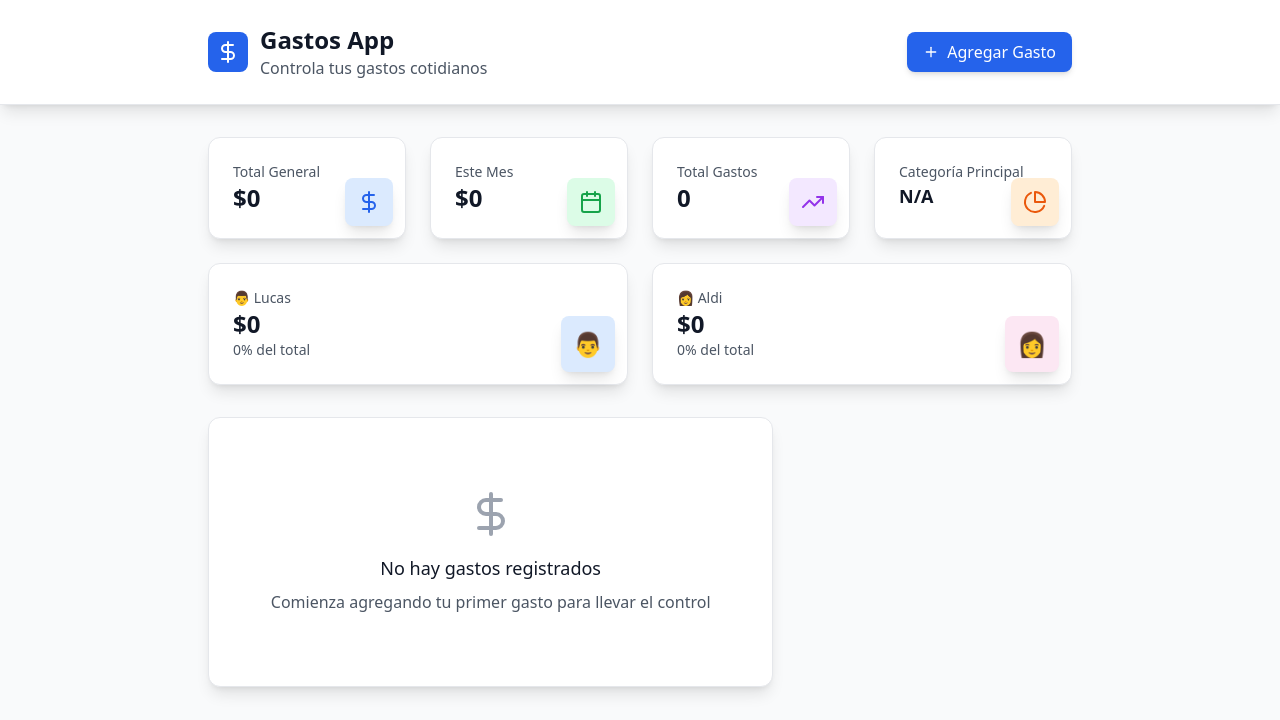
Repository: lucastenaglia/Gastosapp
Page: /
These files come from the project's save history. The page is drawn as it stood at one moment and after the next save; the edit follows.
The browser window is 1280 px wide. The pictures show the whole page.
The page's requests for data from a server got no answer. The project was rebuilt for these pictures with package versions that can differ from the ones it lists, and the page was loaded fresh each time. No one was signed in, and anything a server would have sent is missing. Also part of the build but not shown: vite.config.js, src/components/ExpenseForm.jsx.

Above is the page before, as saved 2025-08-03 21:32:28.

### index.html
<!DOCTYPE html>
<html lang="es">
  <head>
    <meta charset="UTF-8" />
    <link rel="icon" type="image/svg+xml" href="data:[embedded picture, 125 characters]" />
    <meta name="viewport" content="width=device-width, initial-scale=1.0" />
    <title>Gastos App - Control de Gastos Cotidianos</title>
  </head>
  <body>
    <div id="root"></div>
    <script type="module" src="/src/main.jsx"></script>
  </body>
</html>

### src/App.jsx
import { useState, useEffect } from 'react'
import Header from './components/Header'
import ExpenseForm from './components/ExpenseForm'
import ExpenseList from './components/ExpenseList'
import ExpenseSummary from './components/ExpenseSummary'
import { getExpenses, addExpense, updateExpense, deleteExpense } from './services/expenseService'

function App() {
  const [expenses, setExpenses] = useState([])
  const [isFormOpen, setIsFormOpen] = useState(false)
  const [loading, setLoading] = useState(true)
  const [error, setError] = useState(null)

  // Cargar gastos al iniciar la aplicación
  useEffect(() => {
    loadExpenses()
  }, [])

  // Cerrar modal con Escape
  useEffect(() => {
    const handleEscape = (e) => {
      if (e.key === 'Escape' && isFormOpen) {
        setIsFormOpen(false)
      }
    }

    document.addEventListener('keydown', handleEscape)
    return () => document.removeEventListener('keydown', handleEscape)
  }, [isFormOpen])

  const loadExpenses = async () => {
    try {
      setLoading(true)
      const data = await getExpenses()
      setExpenses(data)
      setError(null)
    } catch (err) {
      setError('Error al cargar los gastos')
      console.error(err)
    } finally {
      setLoading(false)
    }
  }

  const handleAddExpense = async (expense) => {
    try {
      const newExpense = await addExpense(expense)
      setExpenses([newExpense, ...expenses])
      setIsFormOpen(false)
    } catch (err) {
      setError('Error al agregar el gasto')
      console.error(err)
    }
  }

  const handleDeleteExpense = async (id) => {
    try {
      await deleteExpense(id)
      setExpenses(expenses.filter(expense => expense.id !== id))
    } catch (err) {
      setError('Error al eliminar el gasto')
      console.error(err)
    }
  }

  const handleEditExpense = async (id, updatedExpense) => {
    try {
      const updated = await updateExpense(id, updatedExpense)
      setExpenses(expenses.map(expense =>
        expense.id === id ? updated : expense
      ))
    } catch (err) {
      setError('Error al actualizar el gasto')
      console.error(err)
    }
  }

  return (
    <div className="min-h-screen bg-gray-50">
      <Header onAddExpense={() => setIsFormOpen(true)} />

      <main className="container mx-auto px-4 py-8 max-w-4xl">
        {error && (
          <div className="bg-red-100 border border-red-400 text-red-700 px-4 py-3 rounded mb-6">
            {error}
          </div>
        )}

        <ExpenseSummary expenses={expenses} />

        <div className="grid grid-cols-1 lg:grid-cols-3 gap-8 mt-8">
          <div className="lg:col-span-2">
            <ExpenseList
              expenses={expenses}
              onDelete={handleDeleteExpense}
              onEdit={handleEditExpense}
              loading={loading}
            />
          </div>
        </div>
      </main>

      {/* Modal Overlay */}
      {isFormOpen && (
        <div
          className="fixed inset-0 bg-black bg-opacity-50 flex items-center justify-center z-50 p-4 animate-in fade-in duration-200"
          onClick={() => setIsFormOpen(false)}
        >
          <div
            className="bg-white rounded-xl shadow-2xl max-w-md w-full max-h-[90vh] overflow-y-auto animate-in zoom-in-95 duration-200"
            onClick={(e) => e.stopPropagation()}
          >
            <ExpenseForm
              onSubmit={handleAddExpense}
              onCancel={() => setIsFormOpen(false)}
            />
          </div>
        </div>
      )}
    </div>
  )
}

export default App

### src/index.css
@tailwind base;
@tailwind components;
@tailwind utilities;

@layer base {
  body {
    @apply bg-gray-50 text-gray-900;
  }
}

@layer components {
                .btn-primary {
                @apply bg-primary-600 hover:bg-primary-700 text-white font-medium py-2 px-4 rounded-lg transition-all duration-300 shadow-md hover:shadow-lg hover:-translate-y-0.5 transform;
              }

              .btn-secondary {
                @apply bg-gray-200 hover:bg-gray-300 text-gray-800 font-medium py-2 px-4 rounded-lg transition-all duration-300 shadow-md hover:shadow-lg hover:-translate-y-0.5 transform;
              }

                .input-field {
                @apply w-full px-3 py-2 border border-gray-300 rounded-lg focus:outline-none focus:ring-2 focus:ring-primary-500 focus:border-transparent shadow-sm focus:shadow-md transition-all duration-300;
              }

                            .card {
                @apply bg-white rounded-xl shadow-lg border border-gray-200 p-6 transform transition-all duration-300 hover:shadow-2xl hover:-translate-y-1;
              }

              .modal-enter {
                @apply opacity-0 scale-95;
              }

              .modal-enter-active {
                @apply opacity-100 scale-100 transition-all duration-200 ease-out;
              }

              .modal-exit {
                @apply opacity-100 scale-100;
              }

              .modal-exit-active {
                @apply opacity-0 scale-95 transition-all duration-200 ease-in;
              }
}

### src/components/Header.jsx
import { Plus, DollarSign } from 'lucide-react'

const Header = ({ onAddExpense }) => {
  return (
                    <header className="bg-white shadow-lg border-b border-gray-200">
      <div className="container mx-auto px-4 py-6 max-w-4xl">
        <div className="flex items-center justify-between">
          <div className="flex items-center space-x-3">
            <div className="bg-primary-600 p-2 rounded-lg">
              <DollarSign className="h-6 w-6 text-white" />
            </div>
            <div>
              <h1 className="text-2xl font-bold text-gray-900">Gastos App</h1>
              <p className="text-gray-600">Controla tus gastos cotidianos</p>
            </div>
          </div>

          <button
            onClick={onAddExpense}
            className="btn-primary flex items-center space-x-2"
          >
            <Plus className="h-4 w-4" />
            <span>Agregar Gasto</span>
          </button>
        </div>
      </div>
    </header>
  )
}

export default Header

### src/components/ExpenseList.jsx
import { useState } from 'react'
import { Trash2, Edit, Calendar, DollarSign } from 'lucide-react'

const ExpenseList = ({ expenses, onDelete, onEdit, loading }) => {
  const [editingId, setEditingId] = useState(null)
  const [editForm, setEditForm] = useState({})

  const categoryIcons = {
    comida: '🍽️',
    super: '🛒',
    auto: '🚗',
    entretenimiento: '🎮',
    salud: '💊',
    ropa: '👕',
    hogar: '🏠',
    otros: '📦'
  }

  const categoryColors = {
    comida: 'bg-orange-100 text-orange-800',
    super: 'bg-red-100 text-red-800',
    auto: 'bg-blue-100 text-blue-800',
    entretenimiento: 'bg-purple-100 text-purple-800',
    salud: 'bg-green-100 text-green-800',
    ropa: 'bg-pink-100 text-pink-800',
    hogar: 'bg-yellow-100 text-yellow-800',
    otros: 'bg-gray-100 text-gray-800'
  }

  const handleEdit = (expense) => {
    setEditingId(expense.id)
    setEditForm({
      description: expense.description,
      amount: expense.amount.toString(),
      category: expense.category,
      person: expense.person || 'lucas',
      date: expense.date
    })
  }

  const handleSaveEdit = (id) => {
    onEdit(id, {
      ...editForm,
      amount: parseFloat(editForm.amount)
    })
    setEditingId(null)
    setEditForm({})
  }

  const handleCancelEdit = () => {
    setEditingId(null)
    setEditForm({})
  }

  const formatDate = (dateString) => {
    const date = new Date(dateString)
    return date.toLocaleDateString('es-ES', {
      year: 'numeric',
      month: 'short',
      day: 'numeric'
    })
  }

  if (loading) {
    return (
      <div className="card">
        <div className="text-center py-12">
          <div className="animate-spin rounded-full h-12 w-12 border-b-2 border-primary-600 mx-auto mb-4"></div>
          <h3 className="text-lg font-medium text-gray-900 mb-2">
            Cargando gastos...
          </h3>
          <p className="text-gray-600">
            Conectando con la base de datos
          </p>
        </div>
      </div>
    )
  }

  if (expenses.length === 0) {
    return (
      <div className="card">
        <div className="text-center py-12">
          <DollarSign className="h-12 w-12 text-gray-400 mx-auto mb-4" />
          <h3 className="text-lg font-medium text-gray-900 mb-2">
            No hay gastos registrados
          </h3>
          <p className="text-gray-600">
            Comienza agregando tu primer gasto para llevar el control
          </p>
        </div>
      </div>
    )
  }

  return (
    <div className="card">
      <h2 className="text-xl font-semibold text-gray-900 mb-6">
        Historial de Gastos
      </h2>

      <div className="space-y-3">
        {expenses.map(expense => (
          <div key={expense.id} className="border border-gray-200 rounded-lg p-3 sm:p-4 bg-white shadow-md hover:shadow-xl hover:-translate-y-1 transform transition-all duration-300">
            {editingId === expense.id ? (
              <div className="space-y-3">
                <input
                  type="text"
                  value={editForm.description}
                  onChange={(e) => setEditForm({...editForm, description: e.target.value})}
                  className="input-field"
                />
                <div className="grid grid-cols-1 sm:grid-cols-2 gap-3">
                  <input
                    type="number"
                    value={editForm.amount}
                    onChange={(e) => setEditForm({...editForm, amount: e.target.value})}
                    className="input-field"
                    step="1"
                    min="0"
                  />
                  <select
                    value={editForm.category}
                    onChange={(e) => setEditForm({...editForm, category: e.target.value})}
                    className="input-field"
                  >
                    <option value="comida">🍽️ Comida</option>
                    <option value="super">🛒 Super</option>
                    <option value="auto">🚗 Auto</option>
                    <option value="entretenimiento">🎮 Entretenimiento</option>
                    <option value="salud">💊 Salud</option>
                    <option value="ropa">👕 Ropa</option>
                    <option value="hogar">🏠 Hogar</option>
                    <option value="otros">📦 Otros</option>
                  </select>
                </div>
                <div className="grid grid-cols-1 sm:grid-cols-2 gap-3">
                  <select
                    value={editForm.person}
                    onChange={(e) => setEditForm({...editForm, person: e.target.value})}
                    className="input-field"
                  >
                    <option value="lucas">👨 Lucas</option>
                    <option value="aldi">👩 Aldi</option>
                  </select>
                  <input
                    type="date"
                    value={editForm.date}
                    onChange={(e) => setEditForm({...editForm, date: e.target.value})}
                    className="input-field"
                  />
                </div>
                <div className="flex space-x-2">
                  <button
                    onClick={() => handleSaveEdit(expense.id)}
                    className="btn-primary text-sm flex-1"
                  >
                    Guardar
                  </button>
                  <button
                    onClick={handleCancelEdit}
                    className="btn-secondary text-sm flex-1"
                  >
                    Cancelar
                  </button>
                </div>
              </div>
            ) : (
              <div className="space-y-3">
                {/* Header con icono, descripción y monto */}
                <div className="flex items-start justify-between">
                  <div className="flex items-center space-x-3 flex-1 min-w-0">
                    <div className={`p-2 rounded-lg flex-shrink-0 ${categoryColors[expense.category]}`}>
                      <span className="text-lg">{categoryIcons[expense.category]}</span>
                    </div>

                    <div className="flex-1 min-w-0">
                      <h3 className="font-medium text-gray-900 truncate">
                        {expense.description}
                      </h3>
                      <div className="flex items-center space-x-2 text-sm text-gray-600 mt-1">
                        <span className="flex items-center space-x-1">
                          <Calendar className="h-3 w-3" />
                          <span className="hidden sm:inline">{formatDate(expense.date)}</span>
                          <span className="sm:hidden">{new Date(expense.date).toLocaleDateString('es-ES', { day: '2-digit', month: '2-digit' })}</span>
                        </span>
                        <span className="hidden sm:inline">•</span>
                        <span className="capitalize text-xs sm:text-sm">{expense.category}</span>
                      </div>
                    </div>
                  </div>

                  <div className="flex items-center space-x-2 flex-shrink-0">
                    <span className="text-lg font-semibold text-gray-900">
                      ${expense.amount}
                    </span>

                    <div className="flex space-x-1">
                      <button
                        onClick={() => handleEdit(expense)}
                        className="p-1 text-gray-400 hover:text-blue-600 transition-colors"
                        title="Editar"
                      >
                        <Edit className="h-4 w-4" />
                      </button>
                      <button
                        onClick={() => onDelete(expense.id)}
                        className="p-1 text-gray-400 hover:text-red-600 transition-colors"
                        title="Eliminar"
                      >
                        <Trash2 className="h-4 w-4" />
                      </button>
                    </div>
                  </div>
                </div>

                {/* Información adicional en móvil */}
                <div className="sm:hidden flex items-center justify-between text-sm text-gray-600 border-t pt-2">
                  <span className="flex items-center space-x-1">
                    <span>{expense.person === 'lucas' ? '👨' : '👩'}</span>
                    <span className="capitalize">{expense.person || 'lucas'}</span>
                  </span>
                  <span className="text-xs">
                    {new Date(expense.date).toLocaleDateString('es-ES', { year: 'numeric' })}
                  </span>
                </div>
              </div>
            )}
          </div>
        ))}
      </div>
    </div>
  )
}

export default ExpenseList

### src/components/ExpenseSummary.jsx
import { TrendingUp, Calendar, DollarSign, PieChart } from 'lucide-react'

const ExpenseSummary = ({ expenses }) => {
  const totalExpenses = expenses.reduce((sum, expense) => sum + expense.amount, 0)

  const today = new Date()
  const thisMonth = today.getMonth()
  const thisYear = today.getFullYear()

  const monthlyExpenses = expenses.filter(expense => {
    const expenseDate = new Date(expense.date)
    return expenseDate.getMonth() === thisMonth && expenseDate.getFullYear() === thisYear
  })

  const monthlyTotal = monthlyExpenses.reduce((sum, expense) => sum + expense.amount, 0)

  const categoryTotals = expenses.reduce((acc, expense) => {
    acc[expense.category] = (acc[expense.category] || 0) + expense.amount
    return acc
  }, {})

  const topCategory = Object.entries(categoryTotals).sort(([,a], [,b]) => b - a)[0]

  // Estadísticas por persona
  const personTotals = expenses.reduce((acc, expense) => {
    const person = expense.person || 'lucas'
    acc[person] = (acc[person] || 0) + expense.amount
    return acc
  }, {})

  const lucasTotal = personTotals.lucas || 0
  const aldiTotal = personTotals.aldi || 0

  const formatCurrency = (amount) => {
    return `$${Math.round(amount).toLocaleString('en-US')}`
  }

  return (
    <div className="space-y-6">
      {/* Primera fila - Estadísticas generales */}
      <div className="grid grid-cols-1 md:grid-cols-2 lg:grid-cols-4 gap-6">
                 {/* Total General */}
         <div className="card relative">
           <div>
             <p className="text-sm font-medium text-gray-600">Total General</p>
             <p className="text-2xl font-bold text-gray-900">
               {formatCurrency(totalExpenses)}
             </p>
           </div>
                       <div className="absolute bottom-3 right-3 bg-blue-100 p-3 rounded-lg shadow-lg">
              <DollarSign className="h-6 w-6 text-blue-600" />
            </div>
         </div>

                 {/* Gastos del Mes */}
         <div className="card relative">
           <div>
             <p className="text-sm font-medium text-gray-600">Este Mes</p>
             <p className="text-2xl font-bold text-gray-900">
               {formatCurrency(monthlyTotal)}
             </p>
           </div>
                       <div className="absolute bottom-3 right-3 bg-green-100 p-3 rounded-lg shadow-lg">
              <Calendar className="h-6 w-6 text-green-600" />
            </div>
         </div>

                 {/* Total de Gastos */}
         <div className="card relative">
           <div>
             <p className="text-sm font-medium text-gray-600">Total Gastos</p>
             <p className="text-2xl font-bold text-gray-900">
               {expenses.length}
             </p>
           </div>
                       <div className="absolute bottom-3 right-3 bg-purple-100 p-3 rounded-lg shadow-lg">
              <TrendingUp className="h-6 w-6 text-purple-600" />
            </div>
         </div>

                 {/* Categoría Principal */}
         <div className="card relative">
           <div>
             <p className="text-sm font-medium text-gray-600">Categoría Principal</p>
             <p className="text-lg font-semibold text-gray-900 capitalize">
               {topCategory ? topCategory[0] : 'N/A'}
             </p>
             {topCategory && (
               <p className="text-sm text-gray-600">
                 {formatCurrency(topCategory[1])}
               </p>
             )}
           </div>
                       <div className="absolute bottom-3 right-3 bg-orange-100 p-3 rounded-lg shadow-lg">
              <PieChart className="h-6 w-6 text-orange-600" />
            </div>
         </div>
      </div>

      {/* Segunda fila - Estadísticas por persona */}
      <div className="grid grid-cols-1 md:grid-cols-2 gap-6">
                 {/* Gastos de Lucas */}
         <div className="card relative">
           <div>
             <p className="text-sm font-medium text-gray-600">👨 Lucas</p>
             <p className="text-2xl font-bold text-gray-900">
               {formatCurrency(lucasTotal)}
             </p>
             <p className="text-sm text-gray-600">
               {totalExpenses > 0 ? `${((lucasTotal / totalExpenses) * 100).toFixed(1)}%` : '0%'} del total
             </p>
           </div>
                       <div className="absolute bottom-3 right-3 bg-blue-100 p-3 rounded-lg shadow-lg">
              <span className="text-2xl">👨</span>
            </div>
         </div>

                 {/* Gastos de Aldi */}
         <div className="card relative">
           <div>
             <p className="text-sm font-medium text-gray-600">👩 Aldi</p>
             <p className="text-2xl font-bold text-gray-900">
               {formatCurrency(aldiTotal)}
             </p>
             <p className="text-sm text-gray-600">
               {totalExpenses > 0 ? `${((aldiTotal / totalExpenses) * 100).toFixed(1)}%` : '0%'} del total
             </p>
           </div>
                       <div className="absolute bottom-3 right-3 bg-pink-100 p-3 rounded-lg shadow-lg">
              <span className="text-2xl">👩</span>
            </div>
         </div>
      </div>
    </div>
  )
}

export default ExpenseSummary

### src/services/expenseService.js
import { supabase } from '../lib/supabase'

// Obtener todos los gastos
export const getExpenses = async () => {
  try {
    const { data, error } = await supabase
      .from('expenses')
      .select('*')
      .order('created_at', { ascending: false })

    if (error) throw error
    return data || []
  } catch (error) {
    console.error('Error al obtener gastos:', error)
    return []
  }
}

// Agregar un nuevo gasto
export const addExpense = async (expense) => {
  try {
    const { data, error } = await supabase
      .from('expenses')
      .insert([{
        description: expense.description,
        amount: expense.amount,
        category: expense.category,
        person: expense.person,
        date: expense.date
      }])
      .select()

    if (error) throw error
    return data[0]
  } catch (error) {
    console.error('Error al agregar gasto:', error)
    throw error
  }
}

// Actualizar un gasto
export const updateExpense = async (id, expense) => {
  try {
    const { data, error } = await supabase
      .from('expenses')
      .update({
        description: expense.description,
        amount: expense.amount,
        category: expense.category,
        person: expense.person,
        date: expense.date
      })
      .eq('id', id)
      .select()

    if (error) throw error
    return data[0]
  } catch (error) {
    console.error('Error al actualizar gasto:', error)
    throw error
  }
}

// Eliminar un gasto
export const deleteExpense = async (id) => {
  try {
    const { error } = await supabase
      .from('expenses')
      .delete()
      .eq('id', id)

    if (error) throw error
    return true
  } catch (error) {
    console.error('Error al eliminar gasto:', error)
    throw error
  }
}

### src/lib/supabase.js
import { createClient } from '@supabase/supabase-js'

// Configuración de Supabase
const supabaseUrl = 'https://tiarifmkqcayodakifqu.supabase.co'
const supabaseAnonKey = 'eyJhbGciOiJIUzI1NiIsInR5cCI6IkpXVCJ9.eyJpc3MiOiJzdXBhYmFzZSIsInJlZiI6InRpYXJpZm1rcWNheW9kYWtpZnF1Iiwicm9sZSI6ImFub24iLCJpYXQiOjE3NTQyMzYxMzcsImV4cCI6MjA2OTgxMjEzN30.qJr6Xvo0UF5_XPq4UWidASjwgjcWPFJ8CqR6mAHSsTU'

export const supabase = createClient(supabaseUrl, supabaseAnonKey)

### tailwind.config.js
/** @type {import('tailwindcss').Config} */
export default {
  content: [
    "./index.html",
    "./src/**/*.{js,ts,jsx,tsx}",
  ],
  theme: {
    extend: {
      colors: {
        primary: {
          50: '#eff6ff',
          500: '#3b82f6',
          600: '#2563eb',
          700: '#1d4ed8',
        }
      }
    },
  },
  plugins: [],
}

Loaded but not shown: src/main.jsx (common file)

After the next save:
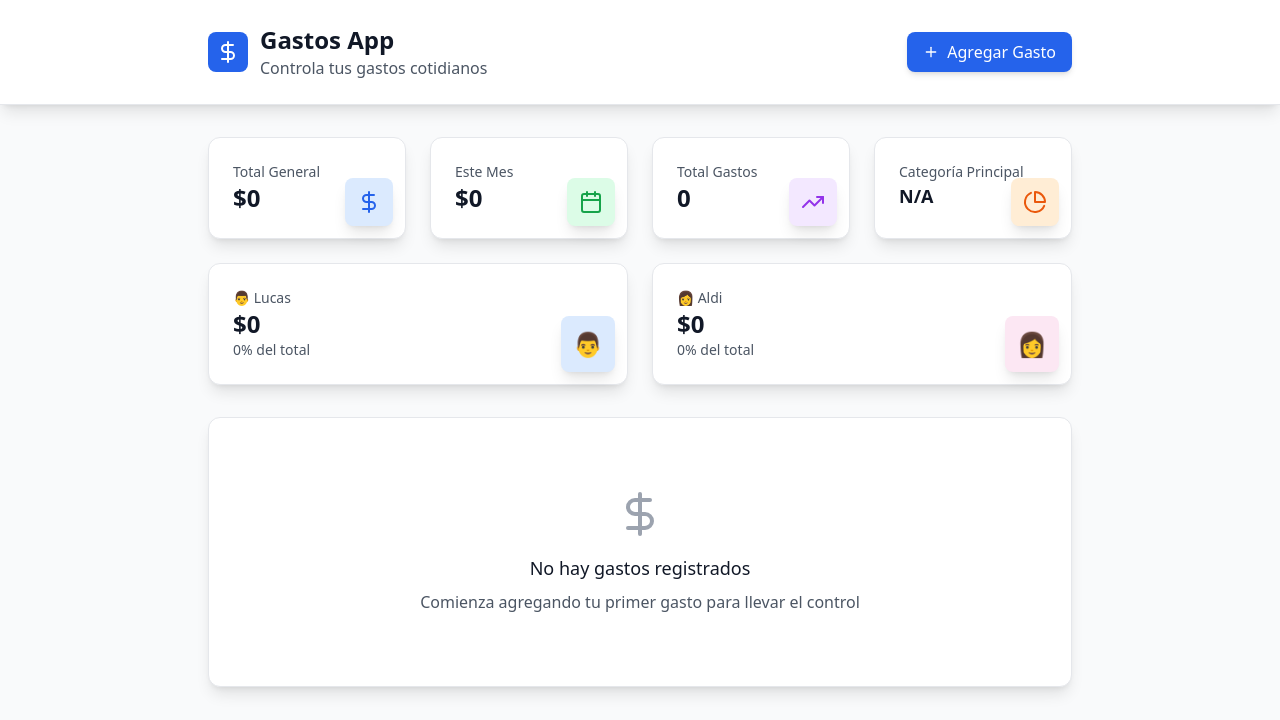
Saved 9 s later.
--- a/src/App.jsx
+++ b/src/App.jsx
@@ -88,15 +88,13 @@ function App() {
 
         <ExpenseSummary expenses={expenses} />
 
-        <div className="grid grid-cols-1 lg:grid-cols-3 gap-8 mt-8">
-          <div className="lg:col-span-2">
-            <ExpenseList
-              expenses={expenses}
-              onDelete={handleDeleteExpense}
-              onEdit={handleEditExpense}
-              loading={loading}
-            />
-          </div>
+        <div className="mt-8">
+          <ExpenseList
+            expenses={expenses}
+            onDelete={handleDeleteExpense}
+            onEdit={handleEditExpense}
+            loading={loading}
+          />
         </div>
       </main>
 
